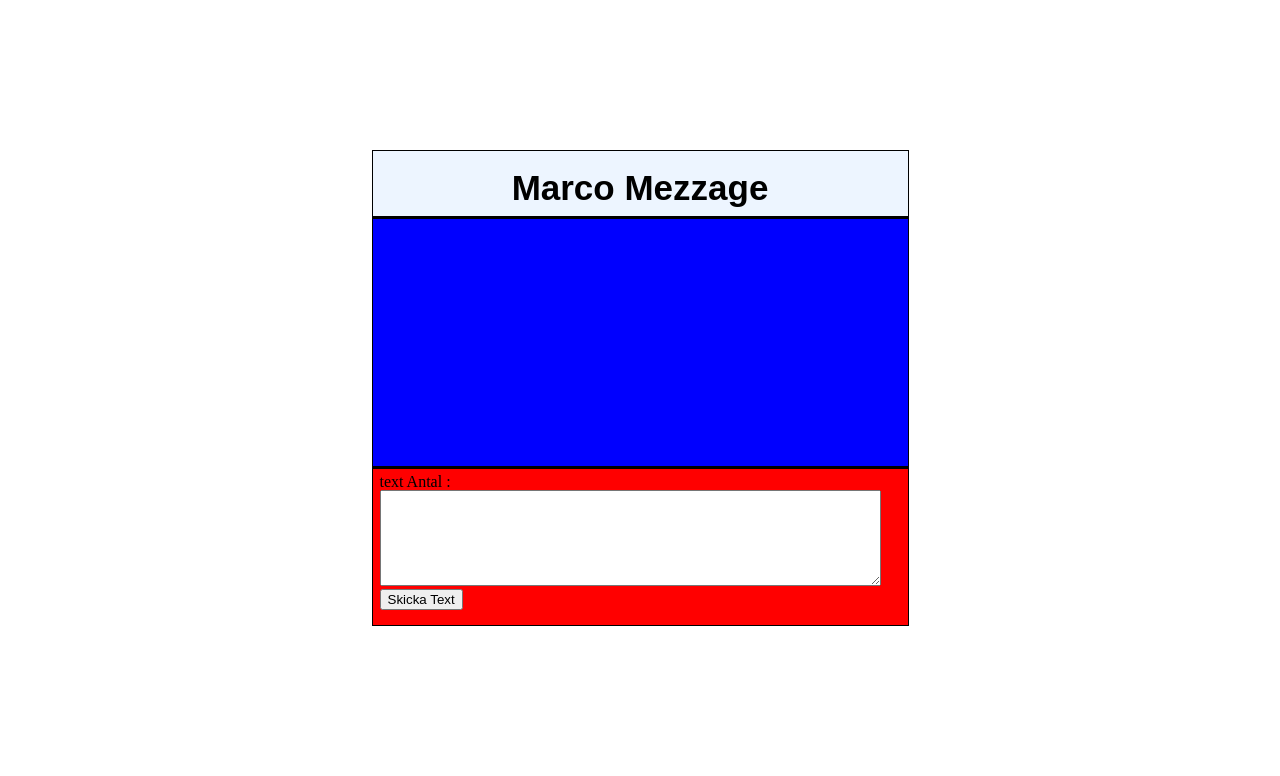
Repository: Marco30/1dv403-laborationer
Page: 2-labbymezzage/index.html
The author's editor kept a record of every edit. The page is drawn from the files as they stood at one moment, then again after the next edit.
The browser window is 1280 px wide. The pictures show the whole page.

Above is the page before.

After the next edit:
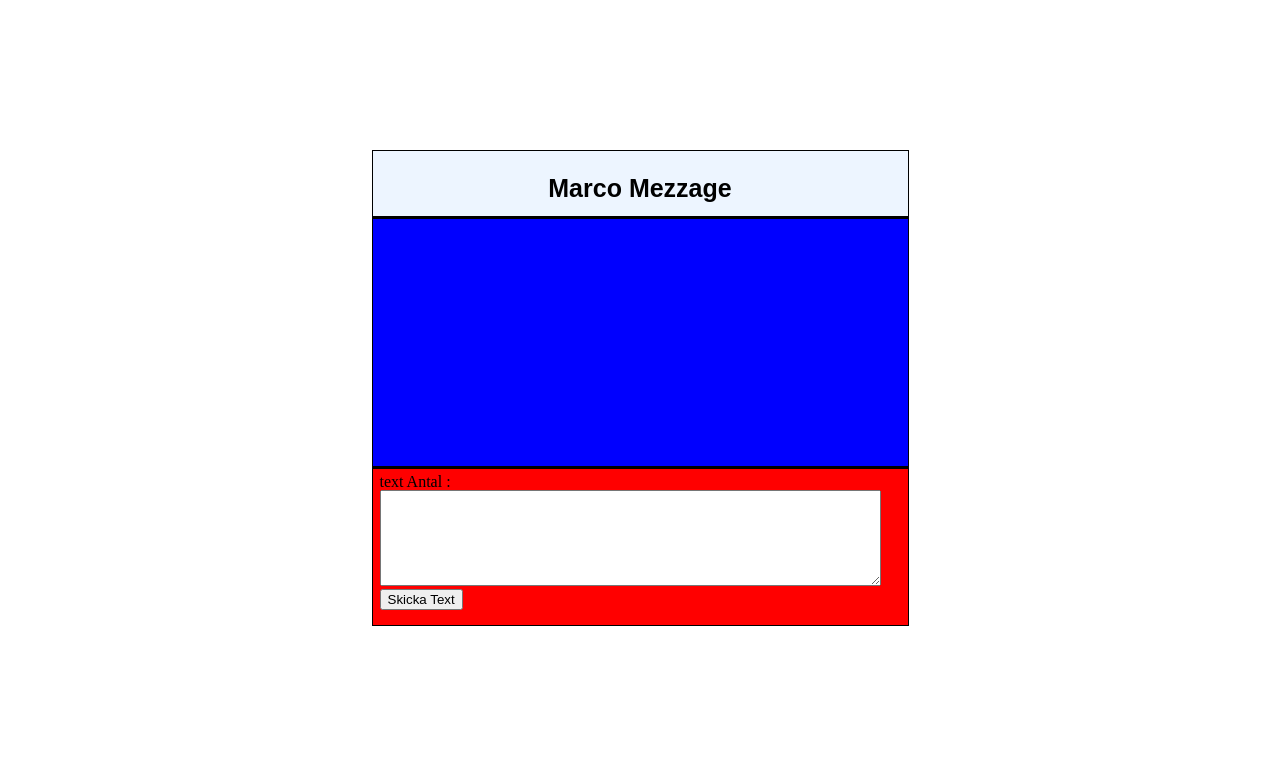
The edit:
--- a/2-labbymezzage/css/style.css
+++ b/2-labbymezzage/css/style.css
@@ -70,7 +70,7 @@
 line-height: 74px;
 text-align:center;
  font-family: ‘Lucida Sans Unicode’, ‘Lucida Grande’, sans-serif;
-font-size: 35px;
+font-size: 25px;
 color:black;
 }
 
